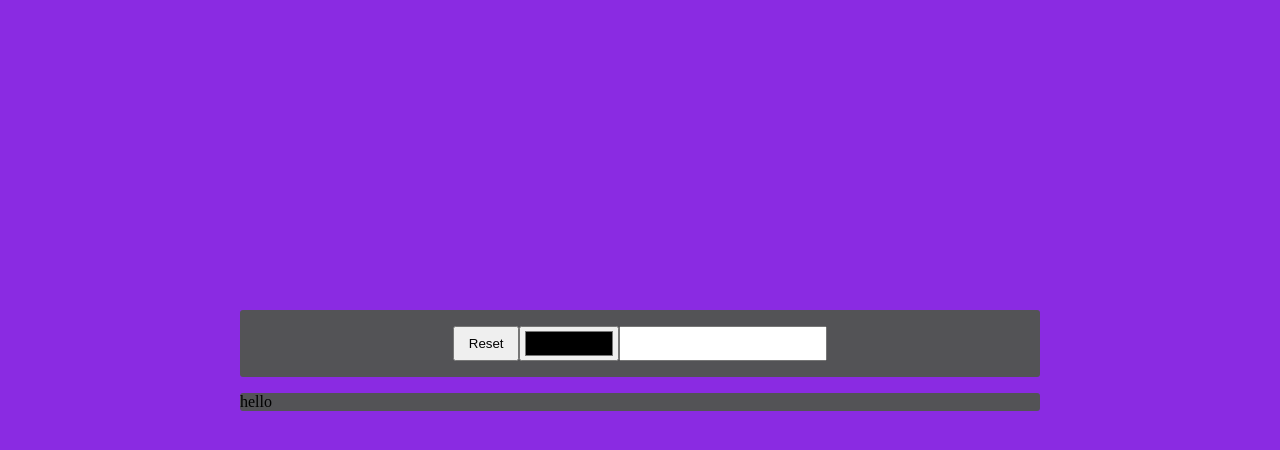
Repository: Larrowo/Challenges
Page: Pixel-Art/index.html
An editor plug-in stored every save of this project. The page is shown before and after the next save, followed by the edit.
The browser window is 1280 px wide. The pictures show the whole page.

Above is the page before, as saved 2022-04-20 12:20:40.

After the next save:
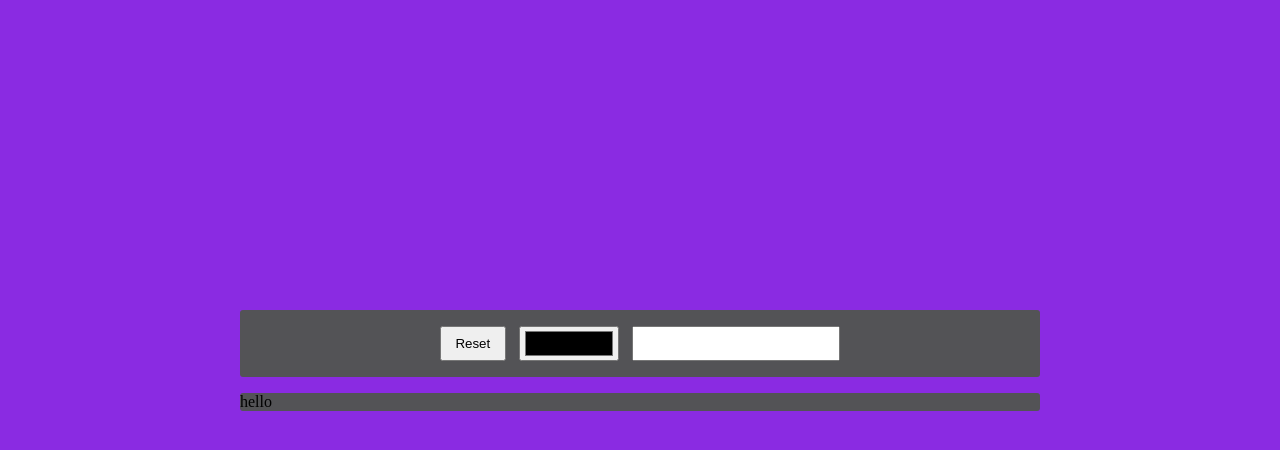
Saved 10 s later.
--- a/Pixel-Art/style.css
+++ b/Pixel-Art/style.css
@@ -38,5 +38,6 @@ body{
 
 .color{
     padding: 0 .25em;
-    width: 100px
+    width: 100px;
+    margin: 0 1em;
 }
